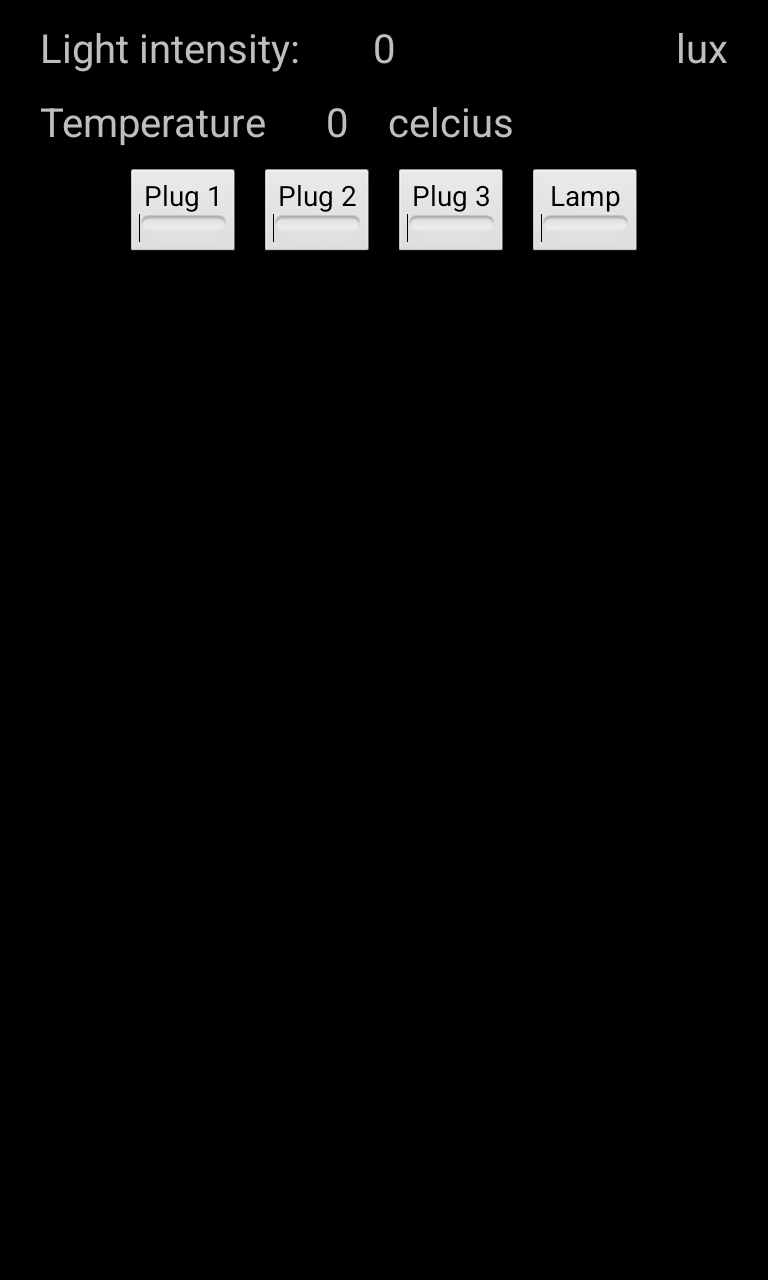
Repository: deanzaka/Shroom-Smart-Terminal
Layout: IOIOShroomST/res/layout/main.xml
These files come from the project's save history. The layout is drawn as it stood at one moment and after the next save; the edit follows.
It is drawn on a 768 x 1280 px phone screen (xhdpi) without system bars, with theme android:Theme; the app's code is not run.

Above is the layout before, as saved 2014-11-16 15:10:57.

### IOIOShroomST/res/layout/main.xml
<?xml version="1.0" encoding="utf-8"?>
<LinearLayout xmlns:android="http://schemas.android.com/apk/res/android"
    android:orientation="vertical"
    android:layout_width="fill_parent"
    android:layout_height="fill_parent">

	<RelativeLayout
		android:layout_width="match_parent"
		android:layout_height="wrap_content"
		android:orientation="horizontal"
		android:gravity="left"
		android:paddingTop="10dp">

		<TextView
			android:text="@string/light_label"
			android:layout_width="wrap_content"
			android:layout_height="wrap_content"
			android:layout_alignParentLeft="true"
			android:paddingLeft="20dp"
			android:textSize="20sp"
			/>

		<TextView
		    android:id="@+id/LuxValue"
		    android:layout_width="wrap_content"
		    android:layout_height="wrap_content"
		    android:layout_centerHorizontal="true"
		    android:text="0"
		    android:textSize="20sp" />

		<TextView
			android:text="@string/lux_label"
			android:layout_width="wrap_content"
			android:layout_height="wrap_content"
			android:layout_alignParentRight="true"
			android:paddingRight="20dp"
			android:textSize="20sp"
			/>
	</RelativeLayout>

	<RelativeLayout
		android:layout_width="wrap_content"
		android:layout_height="wrap_content"
		android:orientation="horizontal"
		android:gravity="left"
		android:paddingTop="10dp">

		<TextView
			android:id="@+id/TempLabel"
			android:text="@string/temp_label"
			android:layout_width="wrap_content"
			android:layout_height="wrap_content"
			android:paddingLeft="20dp"
			android:paddingRight="30dp"
			android:textSize="20sp"
			/>
		<TextView
			android:id="@+id/TempValue"
			android:text="0"
			android:layout_width="wrap_content"
			android:layout_height="wrap_content"
			android:layout_toRightOf="@id/TempLabel"
			android:paddingRight="20dp"
			android:textSize="20sp"
			/>
		<TextView
			android:id="@+id/CelLabel"
			android:text="@string/cel_label"
			android:layout_width="wrap_content"
			android:layout_height="wrap_content"
			android:layout_toRightOf="@id/TempValue"
			android:textSize="20sp"
			/>
	</RelativeLayout>

	<RelativeLayout
	    android:layout_width="match_parent"
		android:layout_height="wrap_content"
		android:orientation="horizontal"
		android:gravity="center_horizontal"
		android:paddingTop="5dp">

		<ToggleButton
			android:id="@+id/Terminal1"
			android:layout_width="wrap_content"
			android:layout_height="wrap_content"
			android:layout_margin="5dp"
			android:text="@string/terminal_1"
			android:textOn="@string/terminal_1"
			android:textOff="@string/terminal_1"
			/>

		<ToggleButton
			android:id="@+id/Terminal2"
			android:layout_width="wrap_content"
			android:layout_height="wrap_content"
			android:layout_toRightOf="@id/Terminal1"
			android:layout_margin="5dp"
			android:text="@string/terminal_2"
			android:textOn="@string/terminal_2"
			android:textOff="@string/terminal_2"
			/>

		<ToggleButton
			android:id="@+id/Terminal3"
			android:layout_width="wrap_content"
			android:layout_height="wrap_content"
			android:layout_toRightOf="@id/Terminal2"
			android:layout_margin="5dp"
			android:text="@string/terminal_3"
			android:textOn="@string/terminal_3"
			android:textOff="@string/terminal_3"
			/>

		<ToggleButton
			android:id="@+id/Lamp"
			android:layout_width="wrap_content"
			android:layout_height="wrap_content"
			android:layout_toRightOf="@id/Terminal3"
			android:layout_margin="5dp"
			android:text="@string/lamp"
			android:textOn="@string/lamp"
			android:textOff="@string/lamp"
			/>

	</RelativeLayout>

</LinearLayout>

### IOIOShroomST/res/values/strings.xml
<?xml version="1.0" encoding="utf-8"?>
<resources>
    <string name="app_name">IOIO Sample app</string>
    <string name="seekbar_label">Move to control the position:</string>
    <string name="analog_label">Analog reading:</string>
    <string name="terminal_1">Plug 1</string>
    <string name="terminal_2">Plug 2</string>
    <string name="terminal_3">Plug 3</string>
    <string name="lamp">Lamp</string>

    <string name="light_label">Light intensity: </string>
    <string name="temp_label">Temperature</string>
    <string name="cel_label">celcius</string>
    <string name="lux_label">lux</string>

</resources>

After the next save:
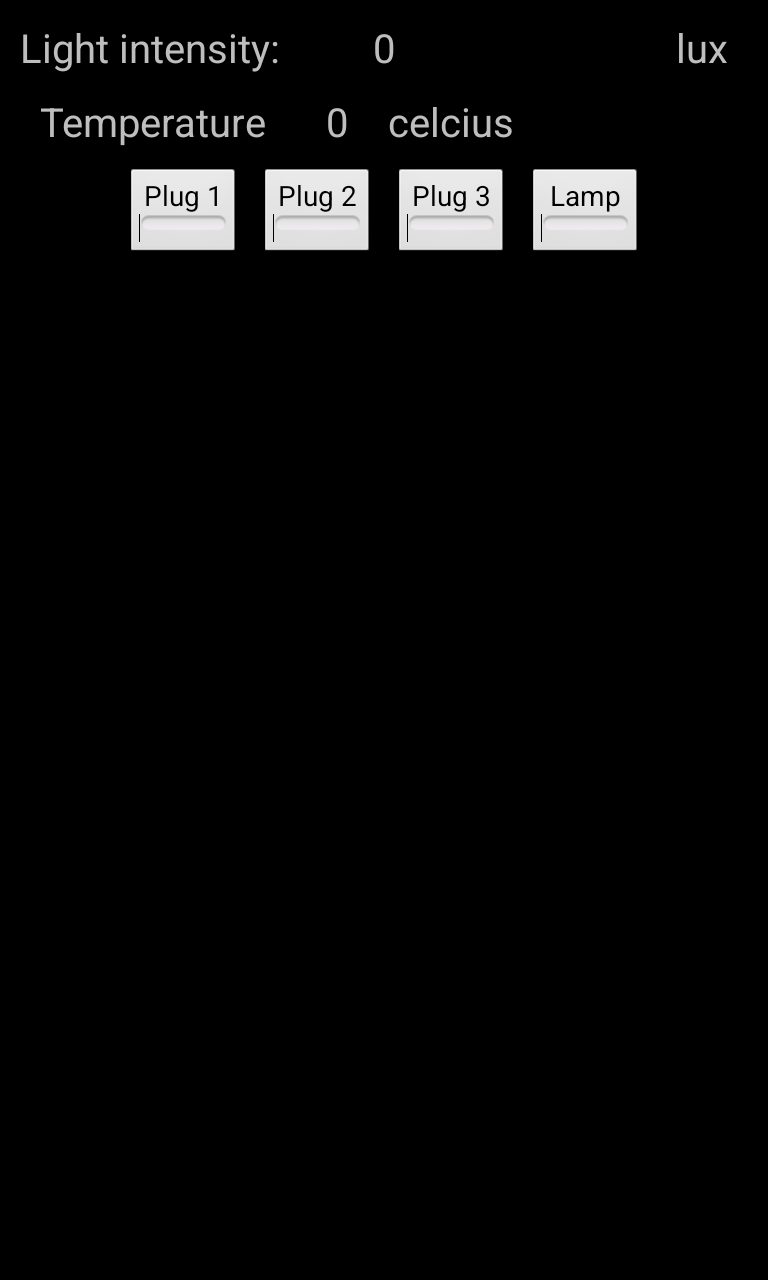
Saved 48 s later.
--- a/IOIOShroomST/res/layout/main.xml
+++ b/IOIOShroomST/res/layout/main.xml
@@ -16,7 +16,7 @@
 			android:layout_width="wrap_content"
 			android:layout_height="wrap_content"
 			android:layout_alignParentLeft="true"
-			android:paddingLeft="20dp"
+			android:paddingLeft="10dp"
 			android:textSize="20sp"
 			/>
 

After the save that followed:
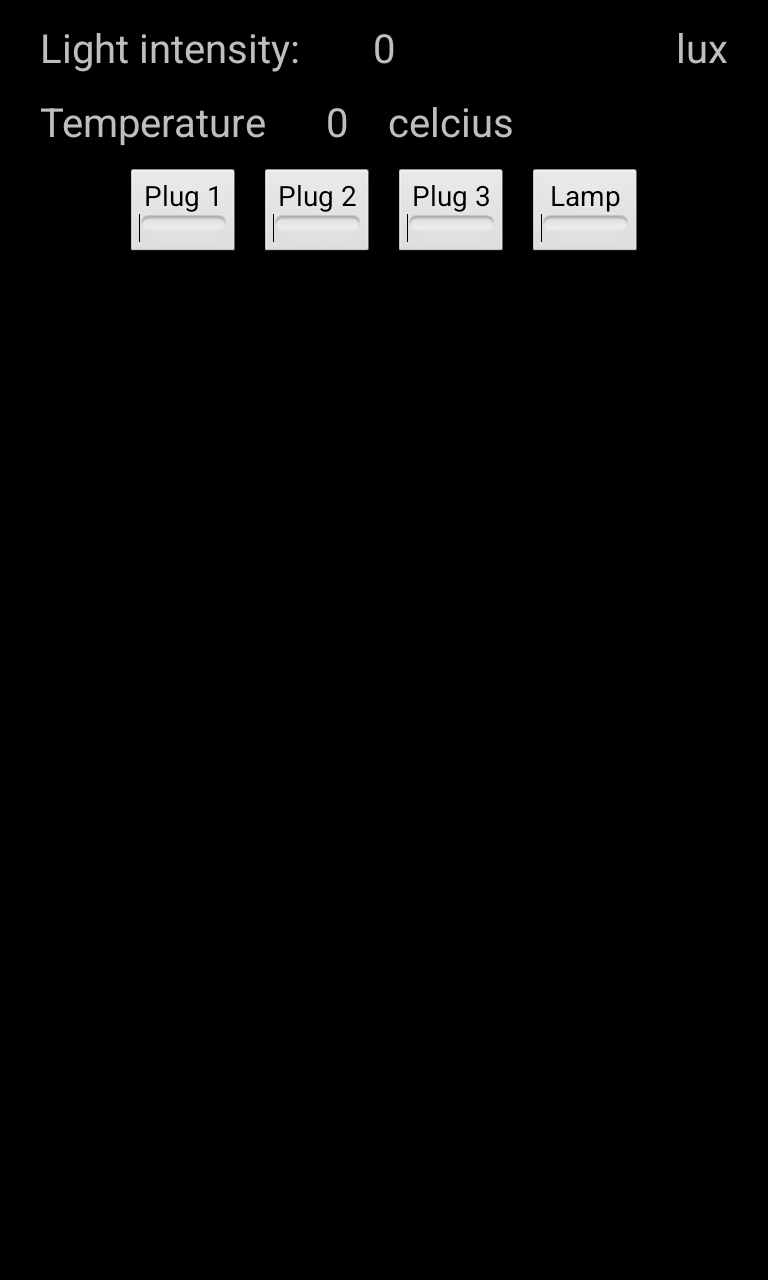
Saved 39 s later.
--- a/IOIOShroomST/res/layout/main.xml
+++ b/IOIOShroomST/res/layout/main.xml
@@ -12,11 +12,12 @@
 		android:paddingTop="10dp">
 
 		<TextView
+		    android:id="@+id/LightLabel"
 			android:text="@string/light_label"
 			android:layout_width="wrap_content"
 			android:layout_height="wrap_content"
 			android:layout_alignParentLeft="true"
-			android:paddingLeft="10dp"
+			android:paddingLeft="20dp"
 			android:textSize="20sp"
 			/>
 
